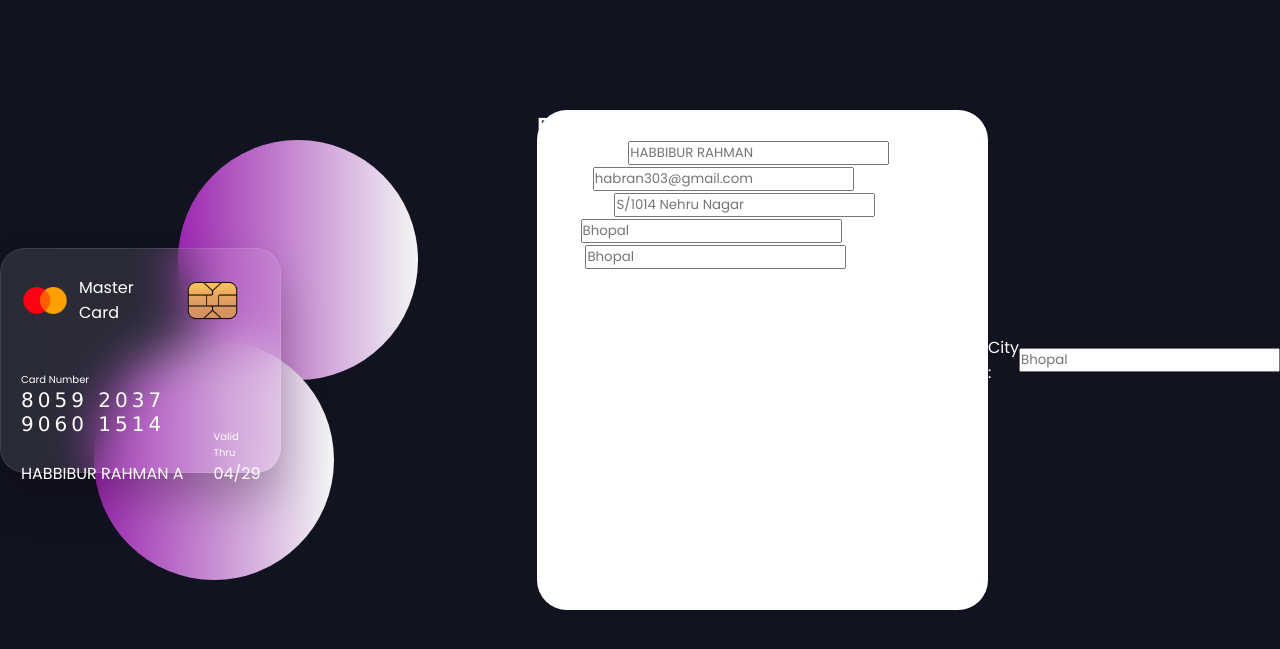
Repository: Habeebur1493/-002-Prompt
Page: index.html
The author's editor kept a copy of each file at every save. The page is drawn from the files as they stood at one save, then again after a run of saves.
The browser window is 1280 px wide. The pictures show the whole page.

Above is the page before, as saved 2024-09-11 00:13:33.

### index.html
<!DOCTYPE html>
<html lang="en">
<head>
    <meta charset="UTF-8">
    <meta name="viewport" content="width=device-width, initial-scale=1.0">
    <title>Flip Card</title>
    <link rel="stylesheet" href="style.css">
</head>
<body>
    <section>
        <div class="container">
            <div class="card front-face">
                <header>
                    <span class="logo">
                        <img src="Mastercard-Logo.webp" alt="">
                        <h5>Master Card</h5>
                    </span>
                    <img src="file (1).png" alt="" class="chip">
                </header>

                <div class="card-details">
                    <div class="name-number">
                        <h6>Card Number</h6>
                        <h5 class="number">8059 2037 9060 1514</h5>
                        <h5 class="name">HABBIBUR RAHMAN A</h5>
                    </div>
                    <div class="valid-date">
                        <h6>Valid Thru</h6>
                        <h5>04/29</h5>
                    </div>
                </div>
            </div>
            <div class="card back-face">
                <h6>
                    For customer service call +900 1400 1800 or email at mastercard@gmai.com
                </h6>
                <span class="magnetic-strip">
                    <div class="signature"><i>005</i></div>
                    <h5>
                        HDFC Millennia Debit Card
                    </h5>
                    <h6>Yours is a life where creating and living the moments matters more than making money.
                    </h6>
                </span>
            </div>
        </div>
        <div class="content">
            <form>
                <div class="row">
                    <div class="col">
                        <h3>Billing Address</h3>
                        <div class="inputbox">
                            <span>Full Name :</span>
                            <input type="text" placeholder="HABBIBUR RAHMAN">
                        </div>
                        <div class="inputbox">
                            <span>Email :</span>
                            <input type="email" placeholder="habran303@gmail.com">
                        </div>
                        <div class="inputbox"></div>
                            <span>Address :</span>
                            <input type="text" placeholder="S/1014 Nehru Nagar">
                        </div>
                        <div class="inputbox"></div>
                            <span>City :</span>
                            <input type="text" placeholder="Bhopal">
                        </div>
                        <div class="inputbox"></div>
                            <span>Sate :</span>
                            <input type="text" placeholder="Bhopal">
                        </div>
                        <div class="inputbox"></div>
                            <span>City :</span>
                            <input type="text" placeholder="Bhopal">
                        </div>
                    </div>
                </div>
            </form>

        </div>
    </section>



</body>
</html>

### style.css
@import url('https://fonts.googleapis.com/css2?family=Poppins:ital,wght@0,100;0,200;0,300;0,400;0,500;0,600;0,700;0,800;0,900;1,100;1,200;1,300;1,400;1,500;1,600;1,700;1,800;1,900&display=swap');

*{
    margin: 0;
    padding: 0;
    box-sizing: border-box;
    font-family: "Poppins", sans-serif;
}
section{
    position: relative;
    min-height: 100vh;
    width: 100%;
    background: #121321;
    display: flex;
    align-items: center;
    justify-content: center;
    color: #fff;
    perspective: 1000px;

}
section::before {
    content: "";
    position: absolute;
    height: 240px;
    width: 240px;
    border-radius: 50%;
    transform: translate(-150px, -100px);
    background: linear-gradient(90deg, #9c27b0, #f3f5f5);
    margin-right: 30%;
}
section::after {
    content: "";
    position: absolute;
    height: 240px;
    width: 240px;
    border-radius: 50%;
    transform: translate(150px, 100px);
    background: linear-gradient(90deg, #9c27b0, #f3f5f5);
    margin-right: 90%;
}

.container{
    position: relative;
    height: 225px;
    width: 375px;
    z-index: 100;
    transition: 0.6s;
    transform-style: preserve-3d;
    margin-right: 10%;

}
.container:hover{
    transform: rotateY(180deg);
}
.container .card{
    position: absolute;
    height: 100%;
    width: 100%;
    padding: 20px;
    border-radius: 25px;
    backdrop-filter: blur(25px);
    background: rgba(255, 255, 255, 0.1);
    box-shadow: 0 25px 45px rgba(0, 0, 0, 0.25);
    border: 1px solid rgba(255, 255, 255, 0.1);
    backface-visibility: hidden;
}
.front-face header,
.front-face .logo{
    display: flex;
    align-items: center;
}
.front-face header{
    justify-content: space-between;
}
.front-face .logo img {
    width: 48px;
    margin-right: 10px;

}
h5{
    font-size: 16px;
    font-weight: 400;
}
.front-face .chip{
    width: 95px;
}
.front-face .card-details{
    display: flex;
    margin-top: 40px;
    align-items: flex-end;
    justify-content: space-between;
}
h6{
    font-size: 10px;
    font-weight: 400;

}
h5.number{
    font-size: 20px;
    padding: 0;
    letter-spacing: 4px;
    font-family: Geneva;
}
h5.name{
    margin-top: 25px
}
.card.back-face{
    border: none;
    padding: 15px 25px 25px 25px;
    transform: rotateY(180deg);
}
.card.back-face h6{
    font-size: 8px;
}
.card.back-face .magnetic-strip{
    position: absolute;
    top: 40px;
    left: 0;
    height: 45px;
    width: 100%;
    background: #000;
}

.card.back-face .signature{
    display: flex;
    justify-content: flex-end;
    align-items: center;
    margin-top: 80px;
    height: 40px;
    width: 85%;
    border-radius: 6px;
    background: repeating-linear-gradient(
        #fff,
        #fff 3px,
        #efefef 0px,
        #efefef 9px);
}
.signature i {
    color: #000;
    font-size: 12px;
    padding: 4px 6px;
    border-radius: 4px;
    background-color: #fff;
    margin-right: -30px;
    z-index: -1;

}
.card.back-face h5{
    align-items: center;
    margin-left: 25%;
    font-size: 12px;
    margin-top: 15px;
}
.card.back-face h6{
    align-items: center;
    margin-left: 5%;
    font-size: 7px;
    margin-top: 1px;
}

.content{
    height: 500px;
    width: 600px;
    background-color: #fff;
    margin-left: 10%;
    border-radius: 30px;
}

After the next 2 saves:
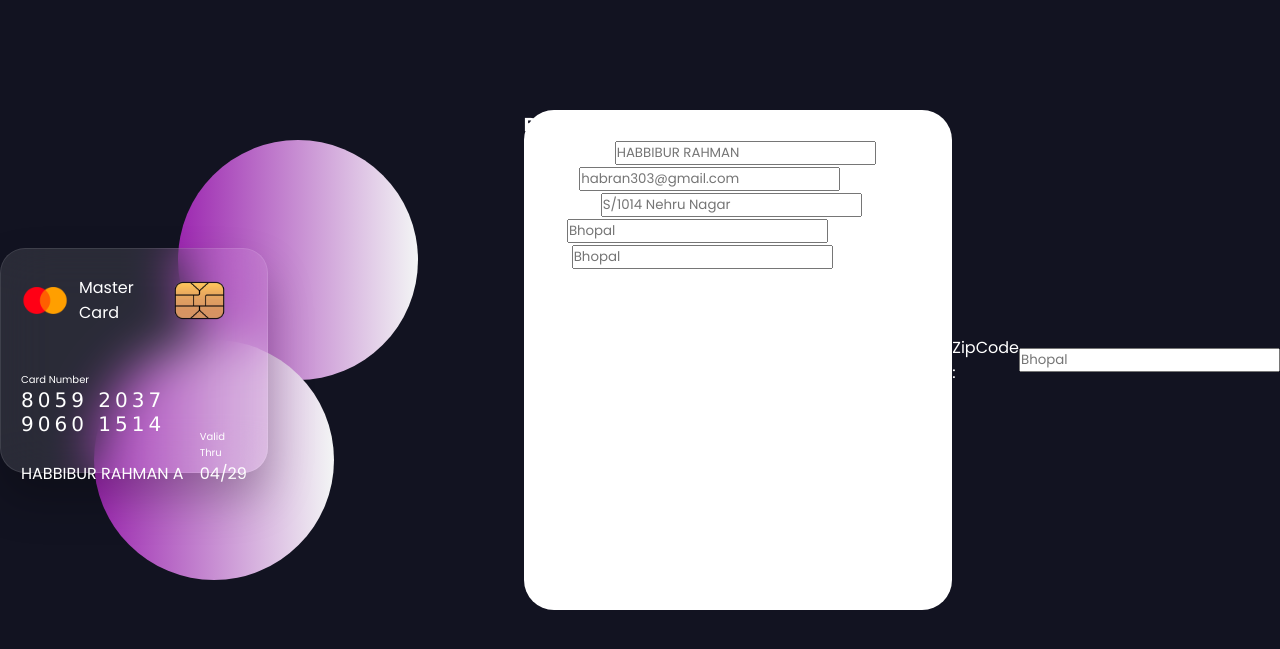
The 2 saves are shown as one change because they came seconds apart.
The last was saved 11 s later.
--- a/index.html
+++ b/index.html
@@ -70,7 +70,7 @@
                             <input type="text" placeholder="Bhopal">
                         </div>
                         <div class="inputbox"></div>
-                            <span>City :</span>
+                            <span>ZipCode :</span>
                             <input type="text" placeholder="Bhopal">
                         </div>
                     </div>

After the save that followed:
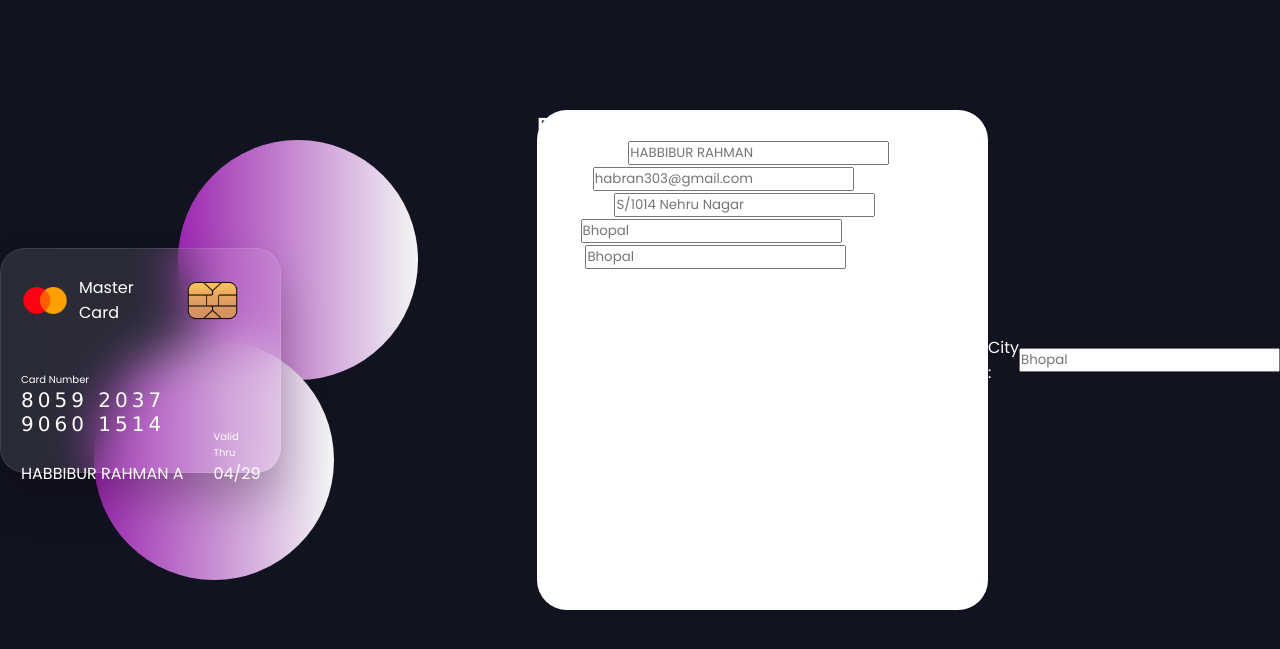
Saved 7 s later.
--- a/index.html
+++ b/index.html
@@ -70,7 +70,7 @@
                             <input type="text" placeholder="Bhopal">
                         </div>
                         <div class="inputbox"></div>
-                            <span>ZipCode :</span>
+                            <span>City :</span>
                             <input type="text" placeholder="Bhopal">
                         </div>
                     </div>
